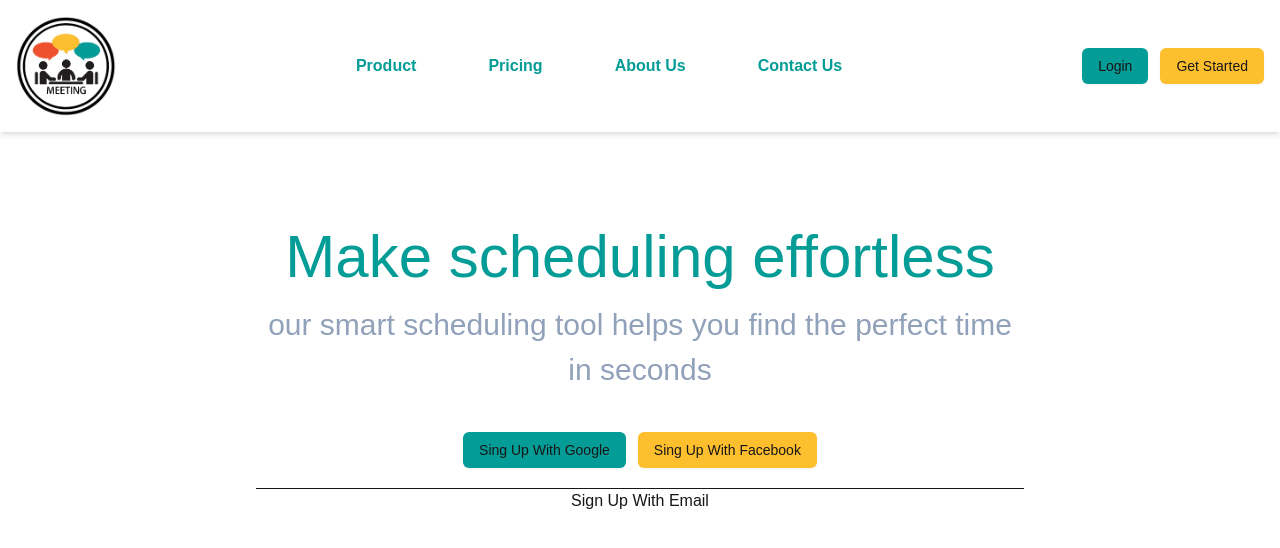
Repository: walaa-horani/scheduleMeetingNextjs
Page: /
These files come from the project's save history. The page is drawn as it stood at one moment and after the next save; the edit follows.
The browser window is 1280 px wide. The pictures show the whole page.
The project was rebuilt for these pictures with package versions that can differ from the ones it lists, and the page was loaded fresh each time. The framework's server and built-in components were replaced by stand-ins that run in the browser. Also part of the build but not shown: next.config.mjs.

Above is the page before, as saved 2025-05-21 22:34:38.

After the next save:
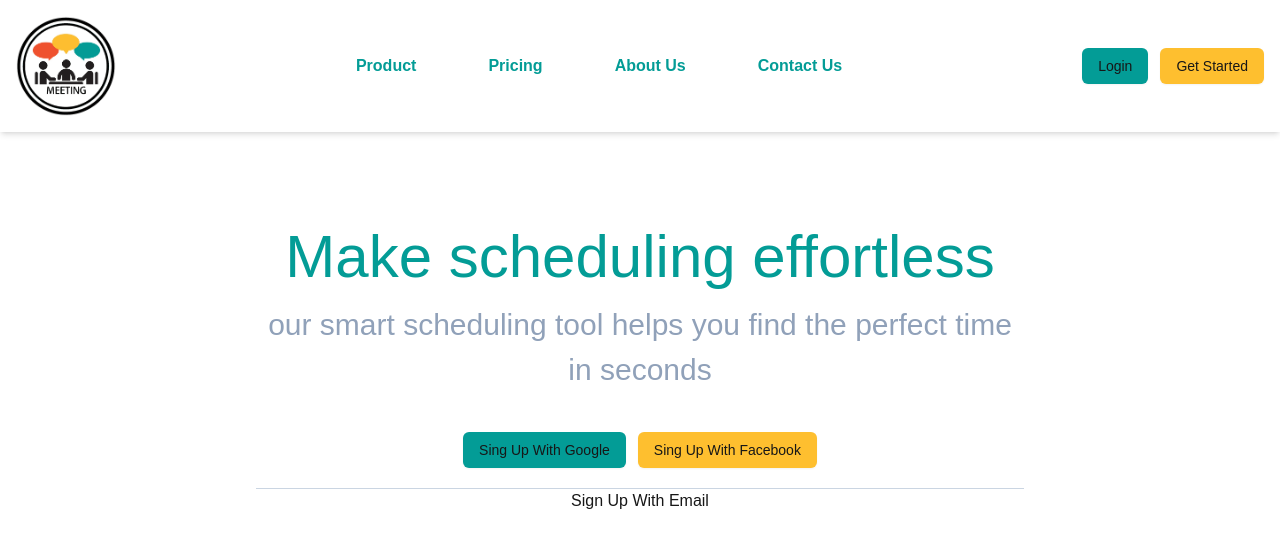
Saved 5 s later.
--- a/app/_components/Header.js
+++ b/app/_components/Header.js
@@ -30,7 +30,7 @@
                 <Button className="bg-[#039C96] mr-3 cursor-pointer">Sing Up With Google</Button>
                  <Button className="bg-[#FEBF2F] cursor-pointer">Sing Up With Facebook</Button>
             </div>
-            <hr className='bg-slate-300'/>
+            <hr className='text-slate-300'/>
             <h2><Link href="" className="text-primary">Sign Up With Email</Link> </h2>
         </div>
     </div>
